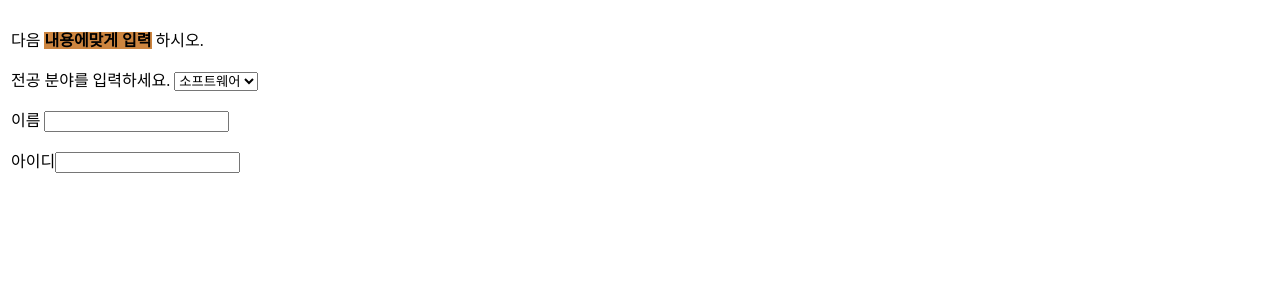
Repository: basstpgns/20201029html
Page: jsp/html/quiz03.html
These files come from the project's save history. The page is drawn as it stood at one moment and after a run of saves; the edit follows.
The browser window is 1280 px wide. The pictures show the whole page.

Above is the page before, as saved 2020-10-30 02:32:45.

After the next 2 saves:
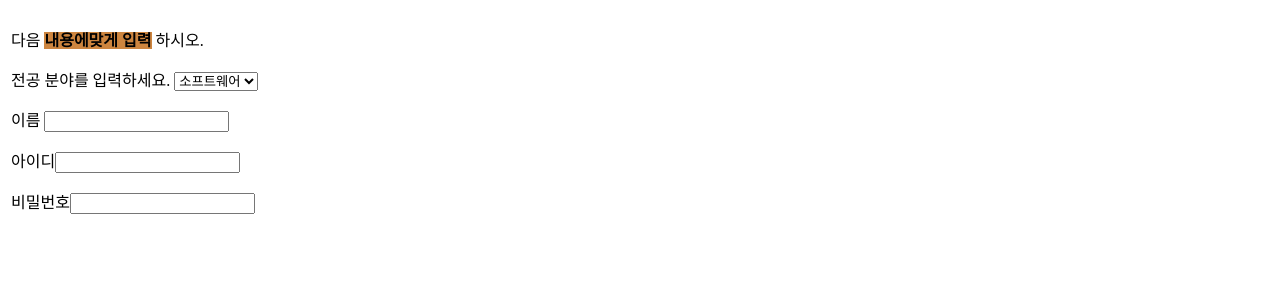
The 2 saves are shown as one change because they came seconds apart.
The last was saved 15 s later.
--- a/jsp/html/quiz03.html
+++ b/jsp/html/quiz03.html
@@ -18,6 +18,7 @@
 				</select>
 				<p>이름 <input type="text"></p>
 				<p>아이디<input type="text"></p>
+				<p>비밀번호<input type="password"></p>
 			</td>
 		</tr>
 	</table>
